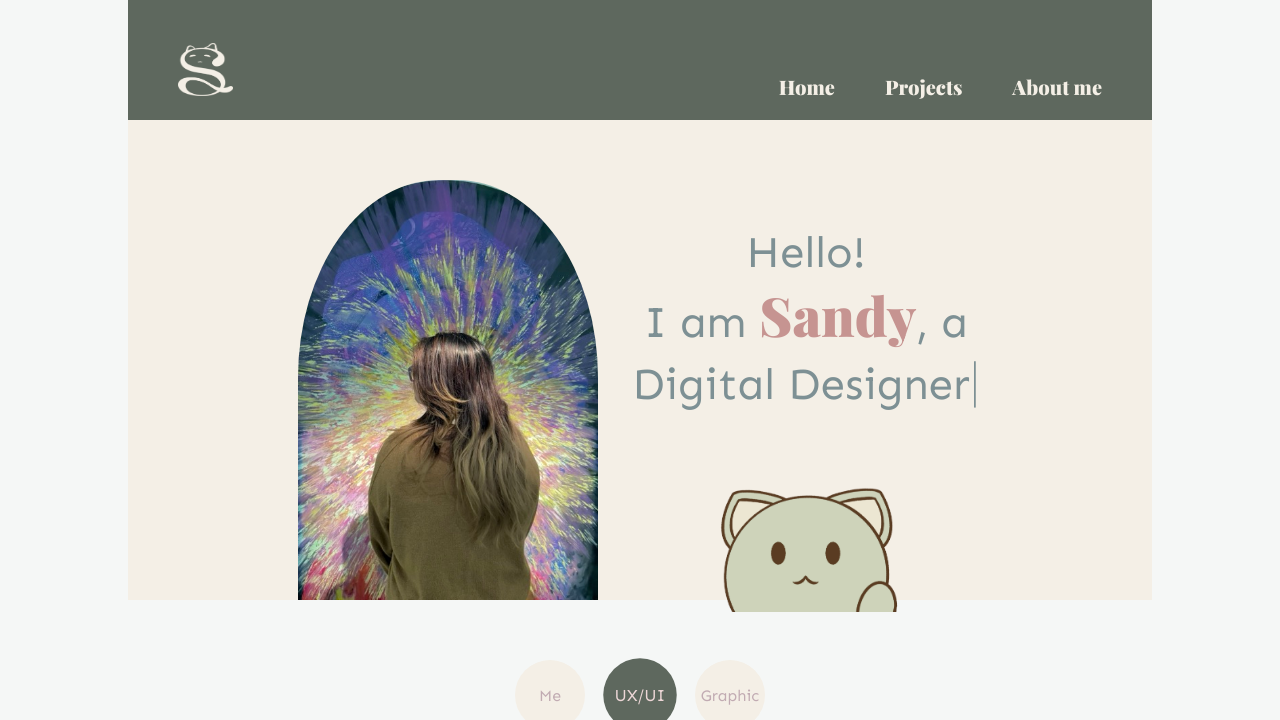
Repository: SandyLy453/portfolio
Page: /
These files come from the project's save history. The page is drawn as it stood at one moment and after the next save; the edit follows.
The browser window is 1280 px wide. The pictures show the whole page.
An inner scrolling area shows only its first screen. The project was rebuilt for these pictures with package versions that can differ from the ones it lists, and the page was loaded fresh each time. The framework's server and built-in components were replaced by stand-ins that run in the browser. Also part of the build but not shown: next.config.mjs, modules/Footer/Footer.module.css, modules/Footer/Footer.js, modules/ProjectCard/ProjectCard.module.css, modules/ProjectCard/Projectcard.js.

Above is the page before, as saved 2025-02-17 18:05:25.

### pages/_app.js
import { useEffect } from "react";
import { useRouter } from "next/router";
import { Playfair_Display, Sen } from 'next/font/google';
import '../styles/globals.css';

const playfairDisplay = Playfair_Display({
  weight: ['400', '900'],
  style: ['normal', 'italic'],
  subsets: ['latin'],
});

const sen = Sen({
  weight: ['400', '700', '800'],
  subsets: ['latin'],
});

export default function App({ Component, pageProps }) {

  const router = useRouter();

  useEffect(() => {
    const handleRouteChangeComplete = (url) => {
        if (url.startsWith("/projects")) {
            window.location.reload();
        } else if (url.startsWith("/project")) {
          window.location.reload();
        }
    };

    router.events.on("routeChangeComplete", handleRouteChangeComplete);

    return () => {
        router.events.off("routeChangeComplete", handleRouteChangeComplete);
    };
}, [router]);


  return (
    <main className={`${playfairDisplay.className} ${sen.className}`}>
      <Component {...pageProps} />
    </main>
  )
}

### pages/_document.js
import { Html, Head, Main, NextScript } from "next/document";


export default function Document() {
  return (
    <Html lang="en">
      <Head>
        <title>San San's Tea Room</title>
        <link rel="icon" href="/favicon.ico" />

        <link rel="preconnect" href="https://fonts.googleapis.com" />
        <link rel="preconnect" href="https://fonts.gstatic.com" crossorigin="anonymous" />
        <link
          href="https://fonts.googleapis.com/css2?family=Playfair+Display:wght@400;900&family=Sen:wght@400;700;800&display=swap"
          rel="stylesheet"
        />
      </Head>
      <body>
        <Main />
        <NextScript />
      </body>
    </Html>
  );
}

### pages/index.js
import Image from "next/image";
import Link from "next/link";
import styles from "@/styles/Home.module.css";
import { useState, useEffect } from "react";
import Header from "@/modules/Header/Header";
import Footer from "@/modules/Footer/Footer";
import ProjectCard from "@/modules/ProjectCard/Projectcard";
import ShowCase from "@/modules/ShowCase/ShowCase";

export default function Home() {

  const projects = [
    {
      photos: ["/aether-cover.png"],
      alt: "Aether cover",
      title: "Aether",
      description: "Case Study - A AI-powered form-filling app",
      date: "September 2024 - December 2024",
      link: "/projects/Aether",
    },
    {
      photos: ["/post1.png", "/post2.png", "/post3.png"],
      alt: "Poster slides show",
      title: "Poster design",
      description:
        "Product design - Series of posters based on the anime/ manga Detective Conan.",
      date: "December 2024",
      link: "/projects/Poster",
    },
    {
      photos: ["/can1.png", "/can2.png", "/can3.png"],
      alt: "Can design slide show",
      title: "DiLo Tea Can",
      description: "Product design - Tea Can",
      date: "November 2024",
      link: "/projects/CanDesign",
    },
    {
      photos: ["/mockup2.png"],
      alt: "Magazine cover",
      title: "Magazine",
      description: "Magazine design - An architectural magazine",
      date: "November 2024",
      link: "/projects/Magazine",
    },
    {
      photos: ["/clotho.png"],
      alt: "Clotho app",
      title: "Clotho",
      description: "Clotho - A closet organize app",
      date: "March 2024 - May 2024",
      link: "/projects/Clotho",
    },
    {
      photos: ["/cam.png"],
      alt: "Camera vector graphic",
      title: "Mechanical Object Vector Graphic",
      description: "Using vector to draw mechanical objects",
      date: "December 2023",
      link: "/projects/MechanicalObject",
    },
  ];

  const [visibleProjects, setVisibleProjects] = useState(6);

  const roles = ["UX/UI Designer", "Digital Designer", "Web Developer"];
  const [text, setText] = useState("");
  const [index, setIndex] = useState(0);
  const [charIndex, setCharIndex] = useState(0);
  const [deleting, setDeleting] = useState(false);

  useEffect(() => {
    const currentRole = roles[index];

    let timeout;

    if (deleting) {
      timeout = setTimeout(() => {
        setText(currentRole.substring(0, charIndex - 1));
        setCharIndex((prev) => prev - 1);
      }, 50);
    } else {
      timeout = setTimeout(() => {
        setText(currentRole.substring(0, charIndex + 1));
        setCharIndex((prev) => prev + 1);
      }, 100);
    }

    if (!deleting && charIndex === currentRole.length) {
      setTimeout(() => setDeleting(true), 1000);
    } else if (deleting && charIndex === 0) {
      setDeleting(false);
      setIndex((prevIndex) => (prevIndex + 1) % roles.length);
    }

    return () => clearTimeout(timeout);
  }, [charIndex, deleting, index, roles]);

  return (
    <>
      <Header/>

      <main className={styles.main}>
        <div className={styles.top}>
          <div className={styles.image}>
            <Image src={'/cover.jpeg'} alt="cover photo" className={styles.coverPhoto} width={300} height={420} />
          </div>

          <div className={styles.info}>
            <p className={styles.role}>Hello!</p>
            <p className={styles.role}>I am <span className={styles.name}>Sandy</span>, a</p>
            <p className={styles.role}>
              {text}
              <span className={styles.cursor}>|</span>
            </p>
            <Image src={'/hi.GIF'} alt="greeting gif" className={styles.gif} width={294} height={129} />
          </div>
        </div>

        <ShowCase/>

        <div className={styles.sectionBreaker}>
          <span> Let's connect! </span>
        </div>

        <div className={styles.connect}>
          <Link
            className={styles.link}
            href={"mailto:sandy.lyth453@gmail.com"}
            target="_blank"
          >
            <p className={styles.connectInfo}>Email</p>
          </Link>
          <Link
            className={styles.link}
            href={"https://www.instagram.com/sansan_lyth?igsh=MThxOTR1ZTlyY3R1dw%3D%3D&utm_source=qr"}
            target="_blank"
          >
            <p className={styles.connectInfo}>Instagram</p>
          </Link>
          <Link
            className={styles.link}
            href={"https://www.linkedin.com/in/boisan-sandy-ly/"}
            target="_blank"
          >
            <p className={styles.connectInfo}>LinkedIn</p>
          </Link>
          <Link
            className={styles.link}
            href={"/Sandy_Ly_Resume.pdf"}
            target="_blank"
          >
            <p className={styles.connectInfo}>Resume</p>
          </Link>
        </div>
      </main>

      <footer className={styles.footer}>
        <p className={styles.copyright}>© Made by Sandy Ly • 2025</p>
      </footer>
    </>
  );
}

### styles/globals.css
:root {
  --mauveMorn: #ecd6d6;
  --mauveShadow: #B59BA6;
  --moss: #5E7975;
  --brightWhite: #f5f7f6;
  --white: #fff;

  --spaBlue: #D3DEDF;
  --forest: #5E685E;
  --midnight: #3D4D55;
  --stormCloud: #676767;
  --cream: #f4EFE6;
  --cloud: #FEFCF6;
}

html,
body {
  padding: 0;
  margin: 0;
  background-color: #f5f7f6;
  width: 100vw;
  height: 100vh;
  overflow-x: hidden;
  scroll-behavior: auto;

  font-family: "Playfair Display", serif;
  font-optical-sizing: auto;
  color: var(--stormCloud);
  cursor: url('/hehe.webp') 16 16, auto;
}

header {
  margin: 0;
  padding: 0;
  box-sizing: border-box;
}

* {
  margin: 0;
  padding: 0;
  box-sizing: border-box; /* Reset styles for all elements */
}

h1, h2, h3, h4, h5, span {
  font-family: "Playfair Display", serif;
}

a, button {
  cursor: url('/haha.webp') 16 16, pointer;
}

### styles/Home.module.css
.page {
  margin: 0;
  padding: 0;
}

.main {
  min-height: 100vh;
  width: 70vw;
  margin: auto;
  margin-top: 0;
  margin-top: 120px;
}

.top {
  width: 100%;
  min-height: 480px;
  background-color: var(--cream);
  align-items: center;
  display: flex;
  flex-direction: row;
  padding: 0;
  flex-wrap: wrap;
  justify-content: center;
}

.coverPhoto {
  border-radius: 47% 47% 0 0;
  margin: 0 6rem;
  position: relative;
  bottom: -30px;
}

.info {
  text-align: center;
  margin-top: 100px;
  width: 30vw;
}

.name {
  font-size: 54px;
  color: #C69491;
  font-weight: 600;
  font-family: "Playfair Display", serif;
}

.role {
  font-size: 44px;
  color: #7D9094;
  font-weight: 500;
}

.loca {
  font-size: 20px;
  color: #7D9094;
  padding-top: 10px;
}

.gif {
  position: relative;
  bottom: -36px;
}

.sectionBreaker {
  display: flex;
  align-items: center;
  justify-content: center;
  margin: 40px 0;
  position: relative;
}

.sectionBreaker::before,
.sectionBreaker::after {
  content: "";
  flex: 1;
  height: 2px;
  background: #d3d3d3;
  margin: 0;
}

.sectionBreaker span {
  color: #7D9094;
  margin: 0 10px;
  font-size: 20px;
  font-style: italic;
}

.pjSection {
  display: flex;
  flex-direction: row;
  flex-wrap: wrap;
  justify-content:space-between;
  align-items: flex-start;
  margin: 0 auto;
  margin-bottom: 50px;
  gap: 1rem;
  max-width: 1350px;
}

.connect {
  margin-bottom: 200px;
}

.link {
  text-decoration: none;
  color: var(--mauveShadow);
  width: 100%;
  font-weight: 500;
}

.link:hover {
  color: var(--forest);
  font-weight: 900;
}

.connectInfo {
  font-size: 54px;
  margin: 20px 0;
  font-family: "Playfair Display", serif;
  position: relative;
  display: inline-block;
  padding: 10px 20px;
  text-decoration: none;
  width: 100%;
  overflow: hidden;
  transition: color 0.3s ease-in-out, font-weight 0.3s ease-in-out;
  font-weight: 500;
}

.connectInfo::before {
  content: "";
  position: absolute;
  top: 0;
  left: -100%;
  width: 100%;
  height: 100%;
  background: linear-gradient(to right, rgba(0, 0, 0, 0.1), rgba(0, 0, 0, 0.3));
  transition: left 0.4s ease-in-out;
  z-index: -1; /* Ensure background does not cover text */
}

/* Make background visible when hovering */
.connectInfo:hover::before,
.connectInfo:active::before {
  left: 0;
}

/* Text color and weight on hover */
.connectInfo:hover {
  color: var(--forest); /* Hover text color */
  font-weight: 900;
}

/* Arrow effect */
.connectInfo::after {
  content: " →";
  opacity: 0;
  position: absolute;
  right: 10px;
  top: 50%;
  transform: translateY(-50%);
  transition: opacity 0.3s ease-in-out, transform 0.3s ease-in-out;
  color: var(--forest); /* Match hover color */
}

/* Show arrow and move slightly right when hovering */
.connectInfo:hover::after,
.connectInfo:active::after {
  opacity: 1;
  transform: translate(8px, -50%);
}


.footer {
  margin-bottom: 20px;
}

.copyright {
  text-align: center;
  font-style: italic;
  color: var(--forest);
  width: 100%;
}





@media screen and (max-width: 1460px) {
  .pjSection {
    gap: 20px;
  }

  .main {
    width: 80vw;
  }

  .coverPhoto {
    margin: 0 1rem;
    bottom: -32px;
  }

  .info {
    margin-top: 50px;
  }

  .gif {
    bottom: -4.5rem;
  }

  .name {
    font-size: 54px;
  }

  .role {
    font-size: 44px;
  }

  .loca {
    font-size: 18px;
  }

  .pjSection {
    gap: 15px;
    justify-content: center;
  }
}



@media screen and (max-width: 768px) {
  .main {
    width: 100vw;
  }

  .coverPhoto {
    margin: 0 auto;
    bottom: -20px;
    width: 70vw;
    height: auto;
  }

  .info {
    margin-top: 50px;
    width: 90vw;
  }

  .name {
    font-size: 36px;
  }

  .role {
    font-size: 20px;
  }

  .loca {
    font-size: 18px;
  }

  .pjSection {
    gap: 15px;
    justify-content: center;
  }

  .gif {
    position: relative;
    bottom: -4px;
    margin-top: 10px;
  }
}

### modules/Header/Header.js
import Image from "next/image";
import Link from "next/link";
import styles from './Header.module.css';
import { useState, useRef } from "react";

export default function Header() {
    const audioRef = useRef(null);
    const [menuOpen, setMenuOpen] = useState(false);

    const playSound = () => {
        if (audioRef.current) {
            audioRef.current.currentTime = 0;
            audioRef.current.play().catch(error => console.log("Audio playback error:", error));
        }
    };

    return (
        <header className={`${styles.header} ${menuOpen ? styles.headerExpanded : ""}`}>
            {/* Logo */}
            <div className={styles.logoBox}>
                <Link href={'/'}>
                    <Image
                        src={'/logo.png'}
                        alt="logo"
                        className={styles.logo}
                        width={55}
                        height={53}
                        onMouseEnter={playSound}
                    />
                </Link>
            </div>

            <button className={styles.hamburger} onClick={() => setMenuOpen(!menuOpen)}>
                <Image
                    src={menuOpen ? "/menuOpen.png" : "/menuIcon.png"}
                    alt="Menu Toggle"
                    width={30}
                    height={21}
                />
            </button>

            <nav className={`${styles.menu} ${menuOpen ? styles.menuExpanded : ""}`}>
                <p className={styles.menuOption}><Link href={'/'} className={styles.link}>Home</Link></p>
                <p className={styles.menuOption}><Link href={'/project'} className={styles.link}>Projects</Link></p>
                <p className={styles.menuOption}><Link href={'/about'} className={styles.link}>About me</Link></p>
            </nav>

            <audio ref={audioRef} src="/cat.wav" preload="auto"></audio>
        </header>
    );
}

### modules/ShowCase/ShowCase.js
import Image from "next/image";
import { useState, useEffect, useRef } from "react";
import styles from './ShowCase.module.css';
import Link from "next/link";

export default function ShowCase() {
    const tags = ["Me", "UX/UI", "Graphic"];
    const images = {
        "Me": "/me.png",
        "UX/UI": "/uxui.png",
        "Graphic": "/3can.png",
    };
    const bigText = ["Sandy", "App Design", "Graphic Design"];
    const smallText = [
        "",
        "",
        ""
    ];
    const linkPath = ["/about", "/project", "/project"];
    const linkText = ["About Me →", "See More Project →", "See More Project →"];

    const [activeIndex, setActiveIndex] = useState(0);
    const [isFading, setIsFading] = useState(false);
    const [isPaused, setIsPaused] = useState(false);
    const intervalRef = useRef(null);

    const startLoop = () => {
        clearInterval(intervalRef.current);
        intervalRef.current = setInterval(() => {
            setIsFading(true);
            setTimeout(() => {
                setActiveIndex((prevIndex) => (prevIndex + 1) % tags.length);
                setIsFading(false);
            }, 500);
        }, 4000);
    };

    useEffect(() => {
        if (!isPaused) startLoop();
        return () => clearInterval(intervalRef.current);
    }, [isPaused]);

    const handlePause = (index) => {
        clearInterval(intervalRef.current);
        setIsPaused(true);
        setActiveIndex(index);
        setIsFading(false);
    };

    const handleResume = () => {
        setIsPaused(false);
    };

    return (
        <div className={styles.container}>
            <div className={styles.tagBox}>
                {tags.map((tag, index) => (
                    <div
                        key={tag}
                        className={`${styles.tag} ${activeIndex === index ? styles.active : ""}`}
                        onMouseEnter={() => handlePause(index)}
                        onMouseLeave={handleResume}
                        onTouchStart={() => handlePause(index)}
                        onTouchEnd={handleResume}
                    >
                        <p>{tag}</p>
                    </div>
                ))}
            </div>

            <div className={styles.right}>
                <div className={styles.photoBox}>
                    <Image
                        key={tags[activeIndex]}
                        src={images[tags[activeIndex]]}
                        alt={tags[activeIndex]}
                        width={600}
                        height={460}
                        className={`${styles.photo} ${isFading ? styles.fadeOut : styles.fadeIn}`}
                    />

                    <div className={styles.gradient}></div>
                    <div className={styles.text}>
                        <p className={styles.big}>{bigText[activeIndex]}</p>
                        <p className={styles.small}>{smallText[activeIndex]}</p>
                        <Link href={linkPath[activeIndex]} className={styles.littleLink}>
                            {linkText[activeIndex]}
                        </Link>
                    </div>
                </div>

                {/* <div className={styles.loadMoreContainer}>
                    <Link href="/project" passHref>
                        <button className={styles.loadMoreButton}>
                            More Projects
                        </button>
                    </Link>
                </div> */}
            </div>
        </div>
    );
}

### modules/Header/Header.module.css
.header {
    margin: 0 auto;
    width: 70vw;
    height: 120px;
    background-color: var(--forest);
    padding: 20px 50px;
    display: flex;
    flex-direction: row;
    justify-content: space-between;
    align-items: flex-end;
    position: fixed;
    right: 15vw;
    top: 0;
    z-index: 999;
    transition: height 0.3s ease-in-out;
}

.headerExpanded {
    min-height: 250px;
}

.menu {
    display: flex;
    flex-direction: row;
    gap: 50px;
    opacity: 1;
    transition: opacity 0.3s ease-in-out;
}

.menuExpanded {
    display: flex;
    flex-direction: column;
    align-items: flex-end;
    gap: 10px;
    width: 100%;
}


.menuOption {
    font-size: 20px;
    font-weight: 600;
}

.link {
    text-decoration: none;
    color: var(--cream);
    font-family: "Playfair Display", serif;
}

.link:hover {
    color: var(--midnight);
}

.hamburger {
    display: none;
    background: none;
    border: none;
    cursor: pointer;
}


@media screen and (max-width: 1460px) {
    .header {
        width: 80vw;
        right: 10vw;
    }
}

@media screen and (max-width: 768px) {
    .header {
        width: 100vw;
        min-height: 100px;
        right: 0;
        display: flex;
        flex-direction: row;
        align-items: center;
        justify-content: space-between;
        height: auto;
    }

    .hamburger {
        display: block;
        position: absolute;
        right: 20px;
        top: 40px;
        z-index: 10;
    }

    .logo {
        display: block;
        position: absolute;
        left: 20px;
        top: 20px;
        z-index: 10;
    }

    .menu {
        display: none;
        flex-direction: column;
        align-items: center;
        width: 100%;
        opacity: 0;
        transform: scaleY(0);
        transition: transform 0.3s ease-in-out, opacity 0.3s ease-in-out;
    }

    .menuExpanded {
        display: flex;
        opacity: 1;
        transform: scaleY(1);
    }

}

### modules/ShowCase/ShowCase.module.css
.container {
    margin: auto;
    margin-top: 50px;
    display: flex;
    flex-direction: row;
    justify-content: center;
    align-items: center;
    gap: 30px;
}

.tagBox {
    display: flex;
    justify-content: center;
    align-items: center;
    flex-direction: column;
}

.tag, .active {
    width: 100px;
    height: 100px;
    background-color: var(--cream);
    border-radius: 50%;
    display: flex;
    justify-content: center;
    align-items: center;
    margin: 10px;
    cursor: url('/haha.webp') 16 16, pointer;
    transition: background-color 0.3s ease-in-out, transform 0.2s ease-in-out;
}

.tag:hover, .active {
    background-color: var(--forest);
    transform: scale(1.05);
}

.tag p, .active p {
    color: var(--mauveShadow);
    opacity: 80%;
}

.tag:hover p, .active p {
    color: var(--mauveMorn);
    opacity: 100%;
}

.photoBox {
    width: 60vw;
    max-width: 1000px;
    aspect-ratio: 20 / 11;
    position: relative;
    display: flex;
    align-items: center;
    justify-content: center;
    overflow: hidden;
}

.photo {
    width: 100%;
    height: 100%;
    border-radius: 20px;
    object-fit: cover;
    position: absolute;
    transition: opacity 0.5s ease-in-out;
}

.fadeIn {
    opacity: 1;
}

.fadeOut {
    opacity: 0;
}

.loadMoreContainer {
    margin-top: 20px;
    display: flex;
    flex-direction: column;
    justify-content: flex-end;
    align-items: flex-end;
  }

  .loadMoreButton {
    height: 40px;
    width: 150px;
    background-color: var(--cream);
    color: var(--forest);
    border: 1px solid var(--forest);
    font-size: 18px;
    align-items: center;
    border-radius: 10px;
    margin-bottom: 50px;
  }

  .loadMoreButton:hover {
    background-color: var(--forest);
    color: var(--cream);
  }

  .gradient {
    position: absolute;
    top: 0;
    left: 0;
    width: 100%;
    height: 100%;
    background: linear-gradient(360deg, rgba(2,0,36,1) 0%, rgba(255,255,255,0) 55%);
    z-index: 2;
    pointer-events: none;
    border-radius: 20px;
}

.text {
    position: absolute;
    bottom: 0;
    right: 0;
    width: 100%;
    padding: 20px;
    color: white;
    z-index: 3;
    width: 50vw;
    max-width: 1000px;
    text-align: right;
}

.littleLink {
    text-decoration: underline;
    color: white;
    font-style: italic;
    margin: 20px 0;
}

.big {
    font-family: "Playfair Display", serif;
    font-size: 18px;
    margin: 15px 0;
    font-weight: 700;
}

.small {
    font-size: 15px;
    margin: 15px 0;
}

@media screen and (max-width: 1460px) {
    .container {
        flex-direction: column;
    }

    .tagBox {
        flex-direction: row;
    }

    .tag, .active {
        width: 70px;
        height: 70px;
    }

    .photoBox {
        width: 70vw;
    }

    .big {
        font-size: 16px;
    }

    .small,
    .littleLink {
        font-size: 12px;
    }
}

@media screen and (max-width: 768px) {
    .photoBox {
        width: 90vw;
    }

    .big {
        font-size: 12px;
    }

    .small,
    .littleLink {
        font-size: 10px;
    }
}

Loaded but not shown: pages/api/hello.js (common file)

After the next save:
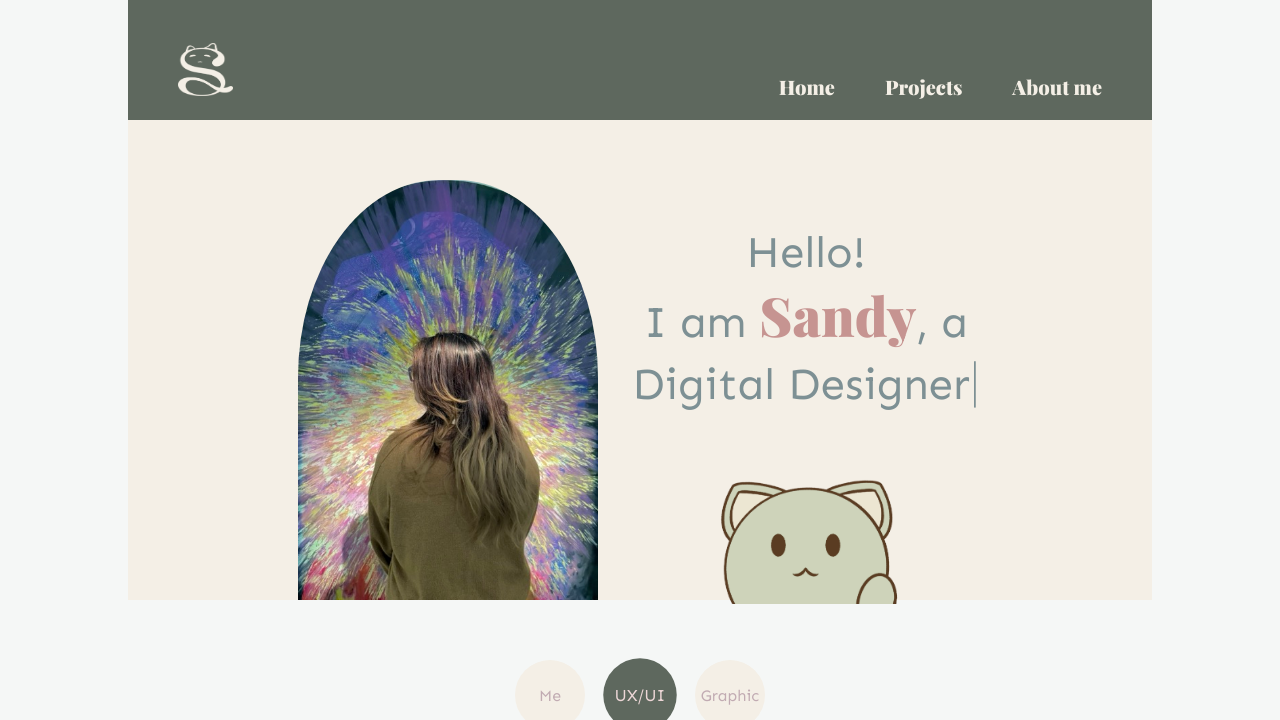
Saved 4 s later.
--- a/styles/Home.module.css
+++ b/styles/Home.module.css
@@ -204,7 +204,7 @@
   }
 
   .gif {
-    bottom: -4.5rem;
+    bottom: -4rem;
   }
 
   .name {
